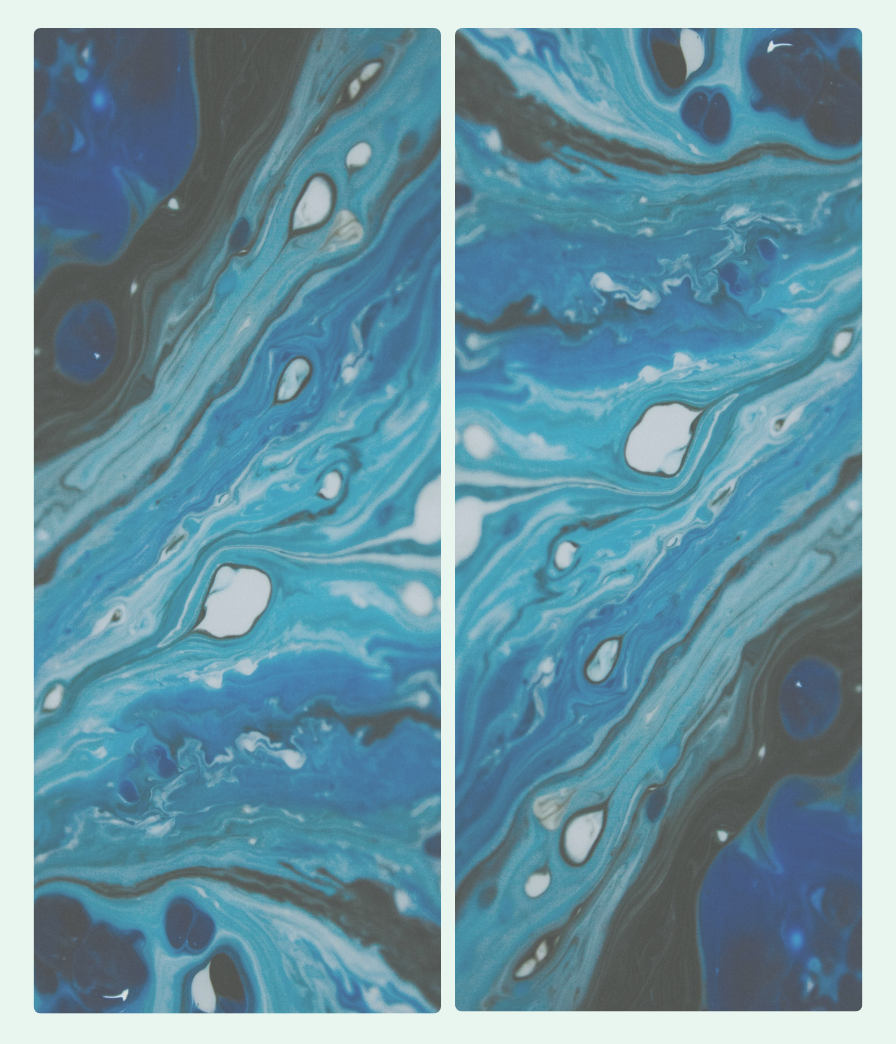
Repository: neomort/comm-lab-vid-site
Page: index.html
The author's editor kept a copy of each file at every save. The page is drawn from the files as they stood at one save, then again after the next save.
The browser window is 1280 px wide. The pictures show the part of the page from y = 0 to 1920 px (the page is 1492 px tall before and 3436 px after), at 70% of full size.
Some web libraries are served in a nearby version.

Above is the page before, as saved 2021-09-23 04:57:59.

After the next save:
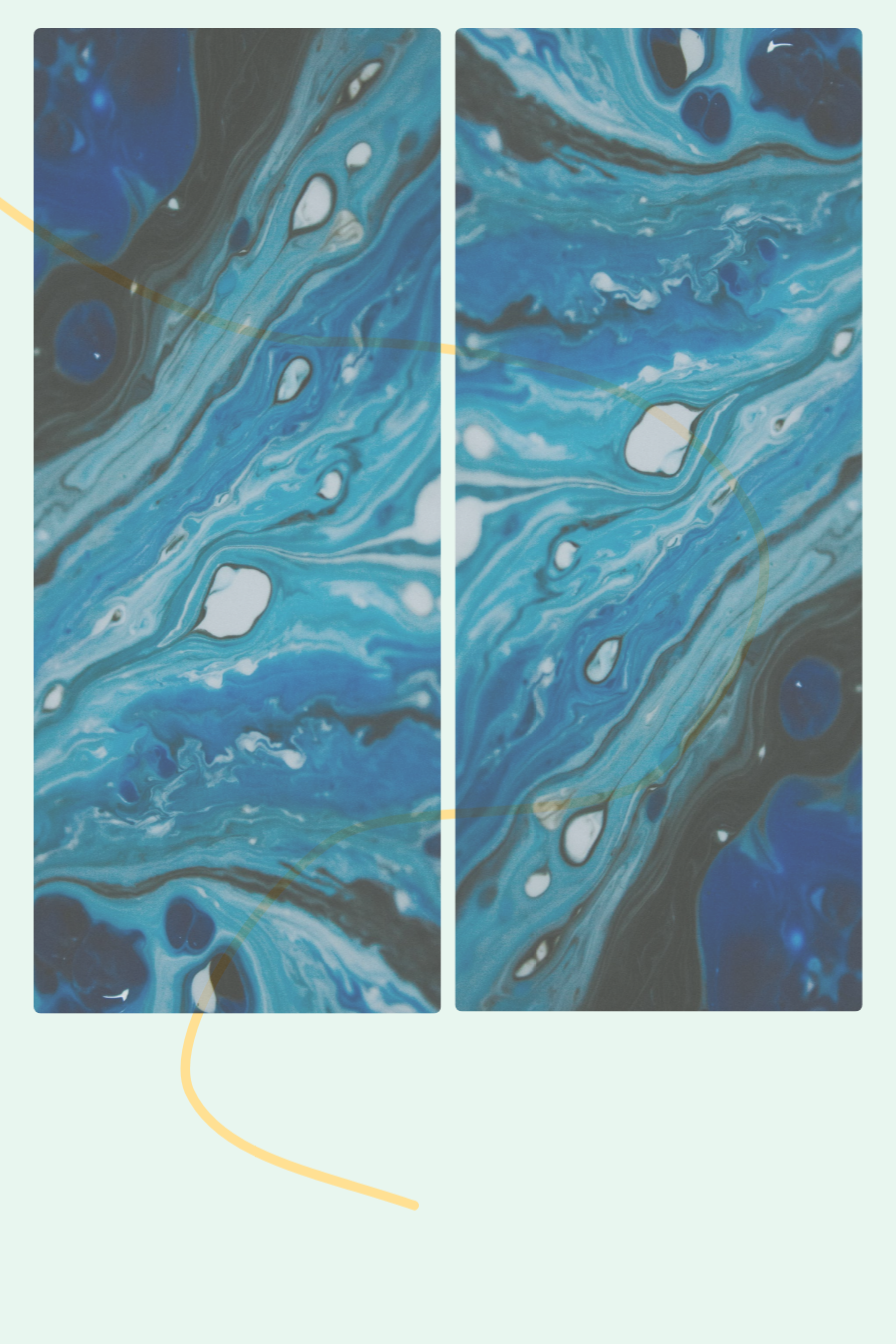
Console error: TypeError: Cannot read properties of null (reading 'style')
Saved 106 s later.
--- a/index.html
+++ b/index.html
@@ -13,7 +13,7 @@
   <div >
     <div id="greeting" class="default-margin">
       <div class="row">
-        <div id="animationWatch" class="font centered-animation" id="Connectline1_lottie_container"></div>
+        <div  class="font centered-animation" id="Connectline1_lottie_container"></div>
         <a id="findLine">
          <div class="column container">
           <img class="image-1" src="images/Rectangle 20.png" />

After the save that followed:
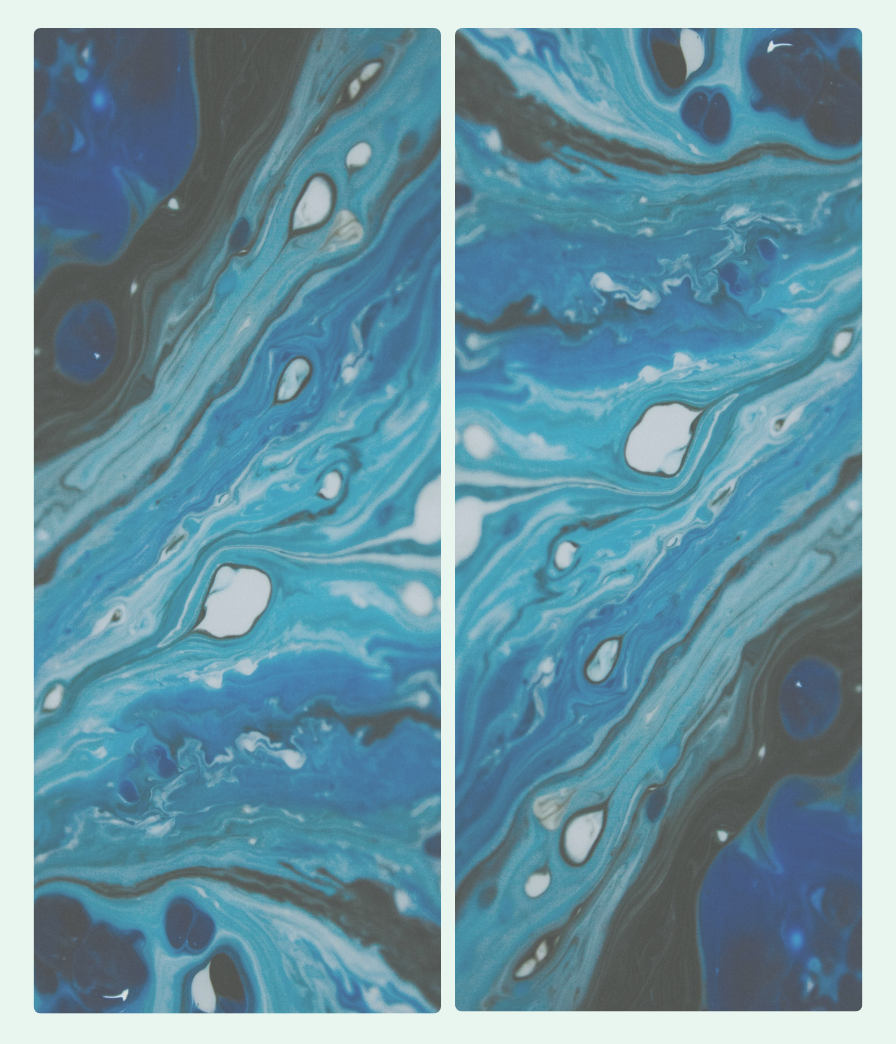
The error is gone.
Saved 3 min 24 s later.
--- a/index.html
+++ b/index.html
@@ -13,8 +13,8 @@
   <div >
     <div id="greeting" class="default-margin">
       <div class="row">
-        <div  class="font centered-animation" id="Connectline1_lottie_container"></div>
-        <a id="findLine">
+        <div id="animationWatch" class="font centered-animation" id="Connectline1_lottie_container"></div>
+        <a id="findLine" href="">
          <div class="column container">
           <img class="image-1" src="images/Rectangle 20.png" />
           <H1 class="font centered-text text-light show">Watch</H1>
